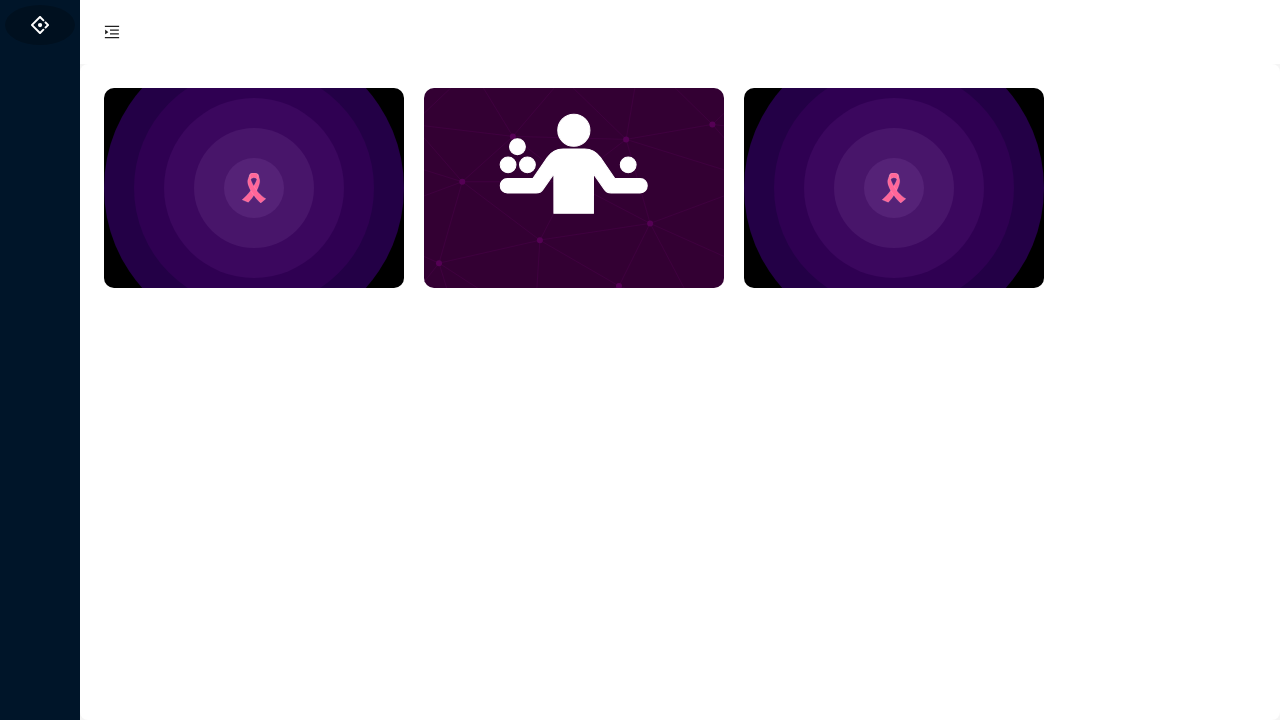
Repository: xshamrose/RAYi-AI
Page: / (app in client/)
These files come from the project's save history. The page is drawn as it stood at one moment and after the next save; the edit follows.
The browser window is 1280 px wide. The pictures show the whole page.
The project was rebuilt for these pictures with package versions that can differ from the ones it lists, and the page was loaded fresh each time. Also part of the build but not shown: client/src/pages/Header.js, client/src/pages/Candetect.js, client/src/pages/Chatbox.js.

Above is the page before, as saved 2024-03-11 12:36:34.

After the next save:
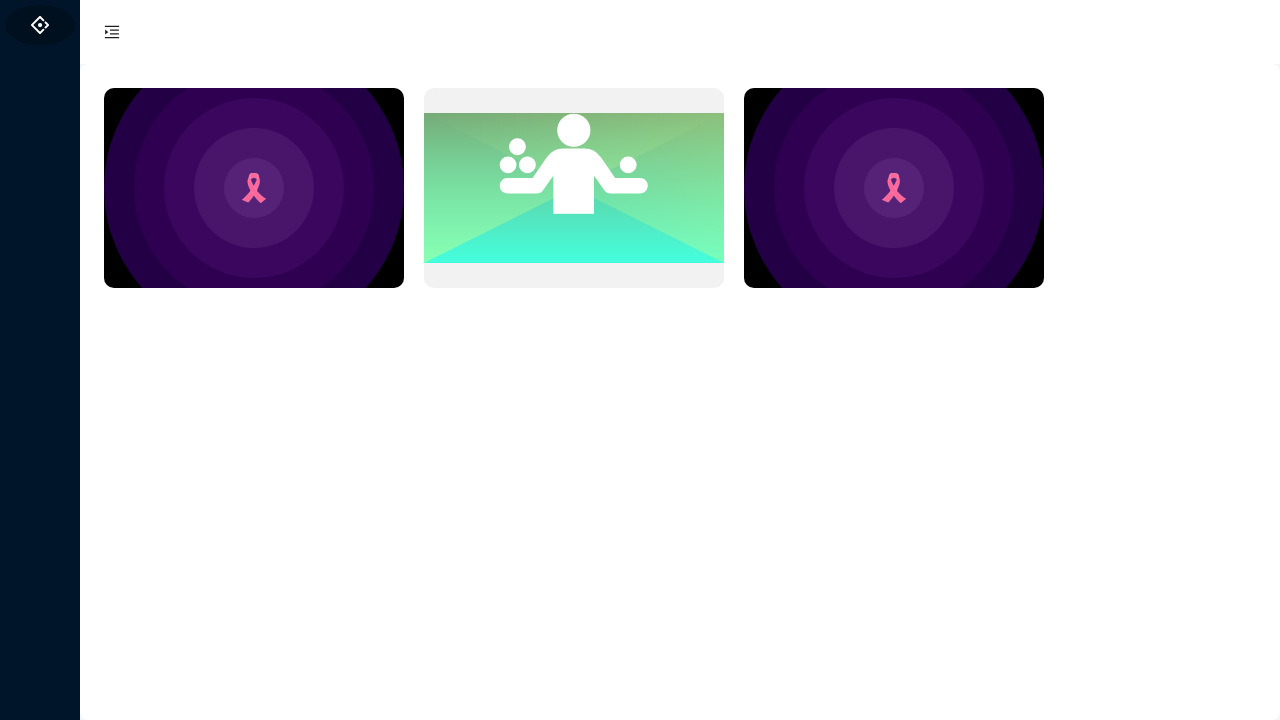
Saved 18 min 50 s later.
--- a/client/src/pages/Home.js
+++ b/client/src/pages/Home.js
@@ -104,37 +104,7 @@
 
 
          <div className="card" onClick={handleClickCardTwo}>
-            <svg
-              xmlns="http://www.w3.org/2000/svg"
-              width="669"
-              height="669"
-              viewBox="0 0 800 800"
-            >
-              <rect fill="#330033" width="800" height="800" />
-              <g fill="none" stroke="#404" strokeWidth="1.9">
-                <path d="M769 229L1037 260.9M927 880L731 737 520 660 309 538 40 599 295 764 126.5 879.5 40 599-197 493 102 382-31 229 126.5 79.5-69-63" />
-                <path d="M-31 229L237 261 390 382 603 493 308.5 537.5 101.5 381.5M370 905L295 764" />
-                <path d="M520 660L578 842 731 737 840 599 603 493 520 660 295 764 309 538 390 382 539 269 769 229 577.5 41.5 370 105 295 -36 126.5 79.5 237 261 102 382 40 599 -69 737 127 880" />
-                <path d="M520-140L578.5 42.5 731-63M603 493L539 269 237 261 370 105M902 382L539 269M390 382L102 382" />
-                <path d="M-222 42L126.5 79.5 370 105 539 269 577.5 41.5 927 80 769 229 902 382 603 493 731 737M295-36L577.5 41.5M578 842L295 764M40-201L127 80M102 382L-261 269" />
-              </g>
-              <g fill="#505">
-                <circle cx="769" cy="229" r="8" />
-                <circle cx="539" cy="269" r="8" />
-                <circle cx="603" cy="493" r="8" />
-                <circle cx="731" cy="737" r="8" />
-                <circle cx="520" cy="660" r="8" />
-                <circle cx="309" cy="538" r="8" />
-                <circle cx="295" cy="764" r="8" />
-                <circle cx="40" cy="599" r="8" />
-                <circle cx="102" cy="382" r="8" />
-                <circle cx="127" cy="80" r="8" />
-                <circle cx="370" cy="105" r="8" />
-                <circle cx="578" cy="42" r="8" />
-                <circle cx="237" cy="261" r="8" />
-                <circle cx="390" cy="382" r="8" />
-              </g>
-            </svg>
+         <svg xmlns='http://www.w3.org/2000/svg' width='100%' height='100%' viewBox='0 0 2 1'><rect fill='#77aa77' width='2' height='1'/><defs><linearGradient id='a' gradientUnits='userSpaceOnUse' x1='0' x2='0' y1='0' y2='1'><stop offset='0'  stop-color='#77aa77'/><stop offset='1'  stop-color='#4fd'/></linearGradient><linearGradient id='b' gradientUnits='userSpaceOnUse' x1='0' y1='0' x2='0' y2='1'><stop offset='0'  stop-color='#cf8' stop-opacity='0'/><stop offset='1'  stop-color='#cf8' stop-opacity='1'/></linearGradient><linearGradient id='c' gradientUnits='userSpaceOnUse' x1='0' y1='0' x2='2' y2='2'><stop  offset='0' stop-color='#cf8' stop-opacity='0'/><stop  offset='1' stop-color='#cf8' stop-opacity='1'/></linearGradient></defs><rect x='0' y='0' fill='url(#a)' width='2' height='1'/><g fill-opacity='0.5'><polygon fill='url(#b)' points='0 1 0 0 2 0'/><polygon fill='url(#c)' points='2 1 2 0 0 0'/></g></svg>
             <img src={count} alt="Counting" className="count" />
             <div className="card__content">
               <p className="card__title">Pipe Counting</p>
